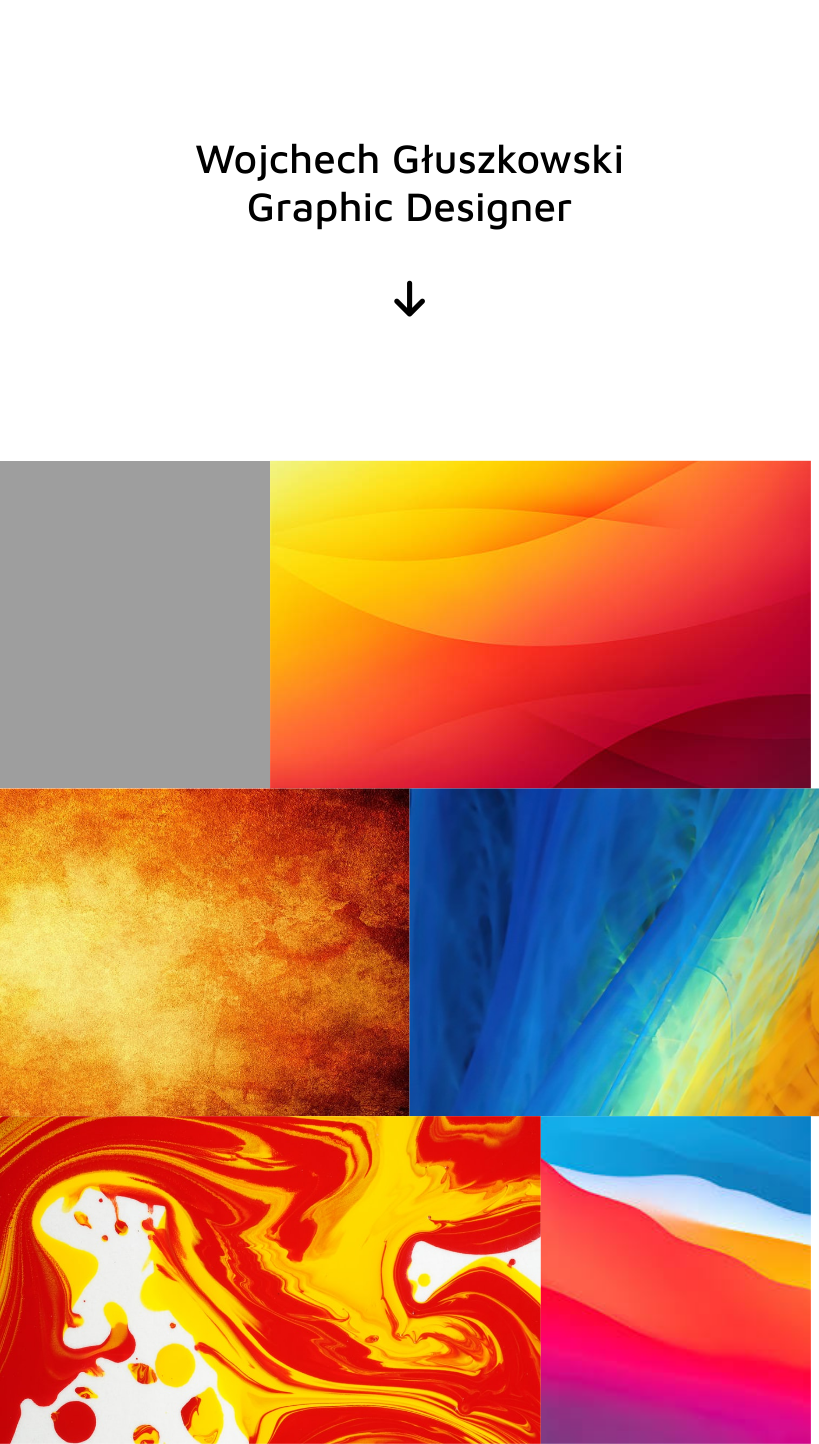
Repository: maciekto/WojciechGluszkowski-Porfolio
Page: /
The author's editor kept a copy of each file at every save. The page is drawn from the files as they stood at one save, then again after the next save.
The browser window is 1280 px wide. The pictures show the whole page, at 64% of full size.
Pictures or frames that could not be fetched are drawn as grey boxes. Some web libraries are served in a nearby version. The project was rebuilt for these pictures with package versions that can differ from the ones it lists, and the page was loaded fresh each time.

Above is the page before, as saved 2022-06-07 15:01:11.

After the next save:
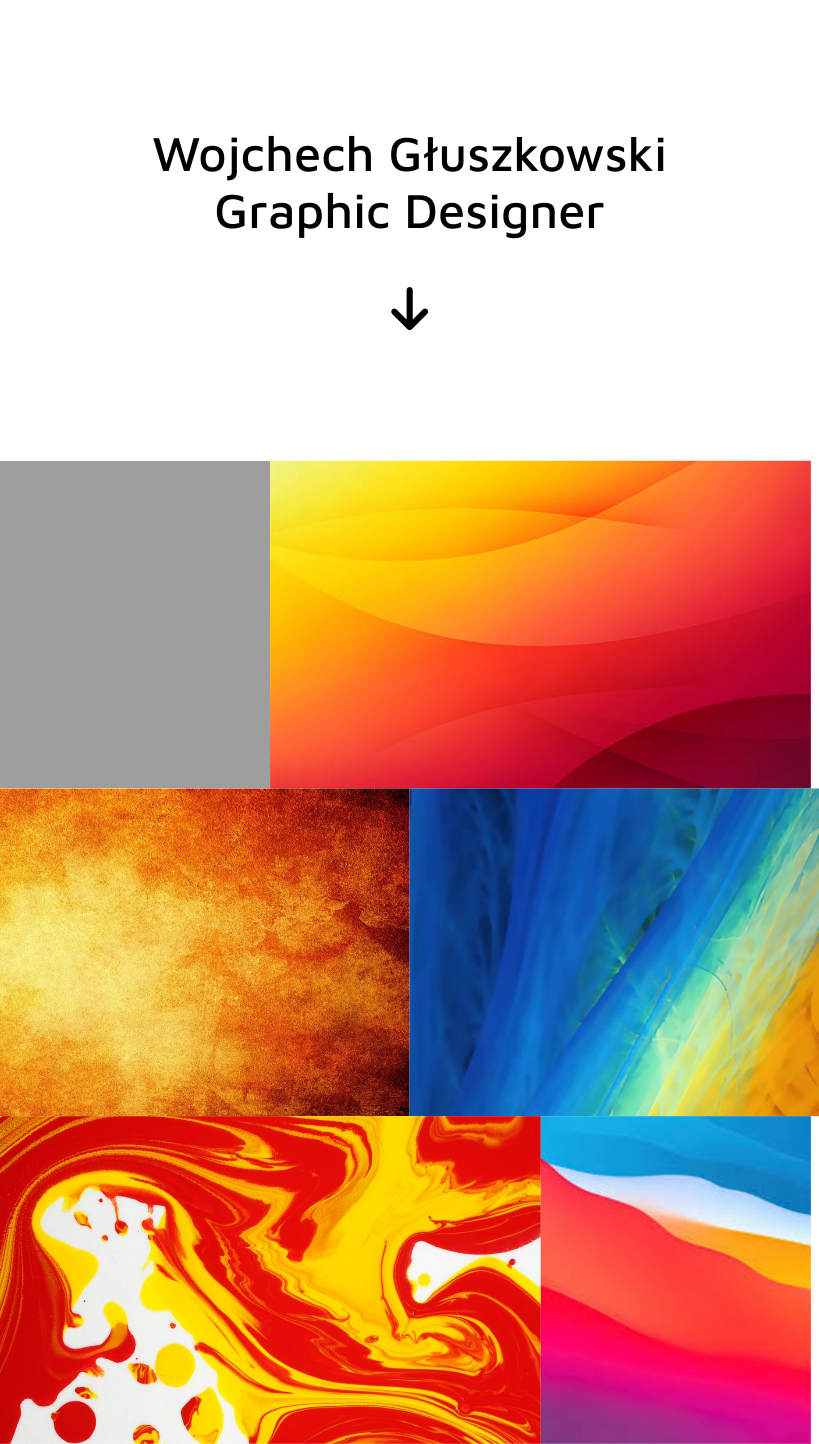
Saved 4 s later.
--- a/src/App.scss
+++ b/src/App.scss
@@ -16,7 +16,7 @@
         justify-content: center;
         text-align: center;
         flex-direction: column;
-        font-size: 5vw;
+        font-size: 6vw;
         font-weight: 500;
         &-Clicked {
             transition: 1s;
